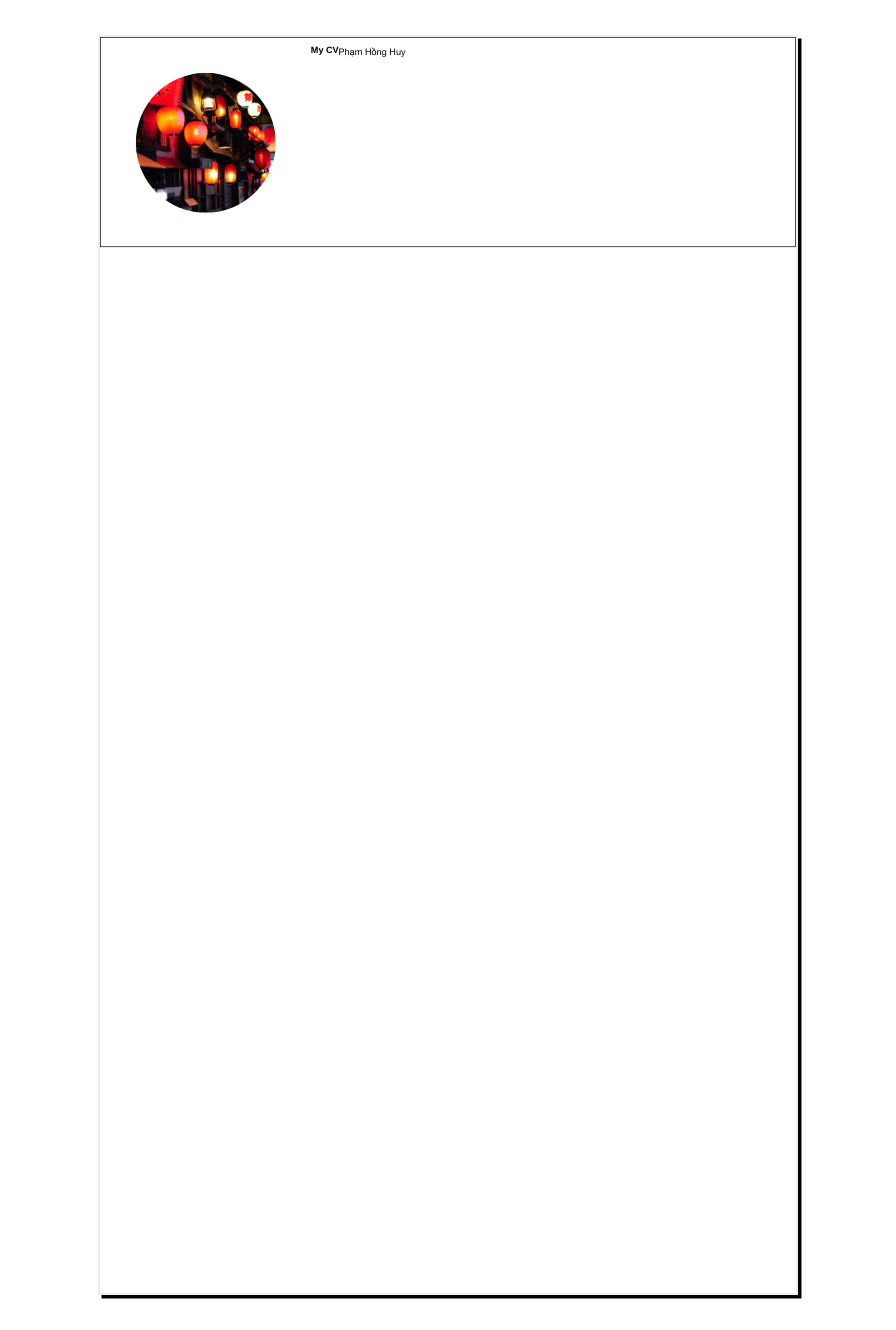
Repository: phamhonghuy/bookstore
Page: index.html
These files come from the project's save history. The page is drawn as it stood at one moment and after the next save; the edit follows.
The browser window is 1280 px wide. The pictures show the whole page, at 70% of full size.

Above is the page before, as saved 2021-10-08 23:19:46.

### index.html
<!DOCTYPE html>
<html>
    <head>
        <meta name="viewport" content="width=device-width" />
        <meta  charset="utf-8" />
        <script src="js/script.js"></script>
        <link rel="stylesheet" href="css/style.css">
        <title>My CV</title>
        <link rel="shortcut icon" href="/image/shortcut-icon.png">
    </head>
    <body>
        <div class='header'>
            <img id ='avatar' src="/image/Avatar.jpg">
            <h1>My CV</h1>
            <p id="name">Phạm Hồng Huy</p>

        </div>
    </body>
    <footer></footer>
</html>

### css/style.css
* {
    color:rgb(0, 0, 0);
    font-family: Helvetica;
    font-size: 13px;
    box-sizing: border-box;
}
@font-face {
    font-family:Helvetica;
    src: url(/font/helveticaneue.ttf);
}
body {
    width: 1000px;
    height: 1800px;
    box-shadow: 5px 5px rgb(0, 0, 0);
    margin: 50px auto;
    border: 3px solid #eee;
}

.header{
    display: flex;
    height:300px ;
    border: 1px solid rgb(0, 0, 0);

}

.header #avatar {
    height: 200px ;
    margin: 50px;
    border-radius: 50%;
}
h1 {
    text-align: center;
    w
}

Loaded but not shown: JS/script.js (no copy from this time; the picture is the same without it)

After the next save:
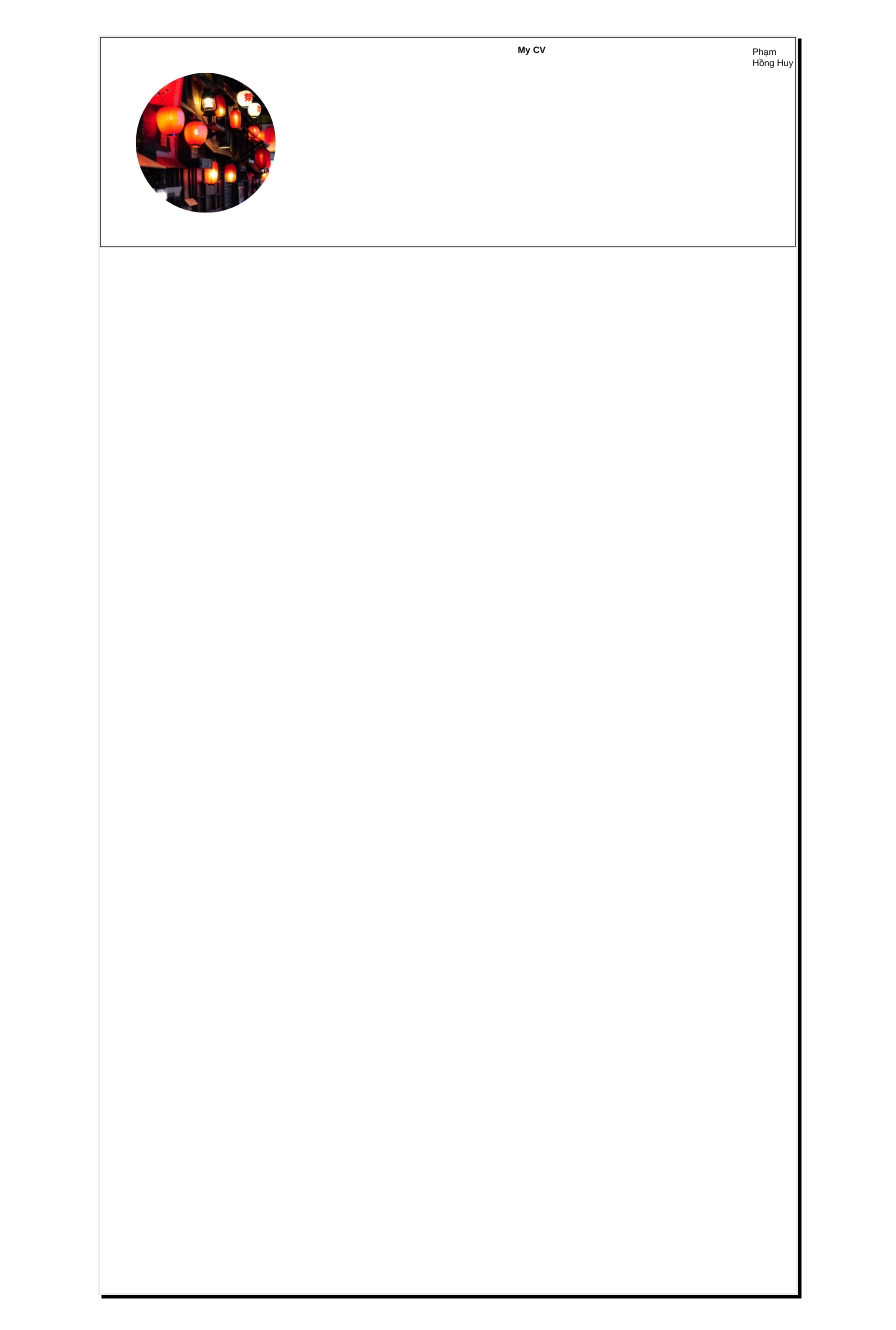
Saved 5 s later.
--- a/css/style.css
+++ b/css/style.css
@@ -30,5 +30,5 @@ body {
 }
 h1 {
     text-align: center;
-    w
+    width: 100%;
 }
